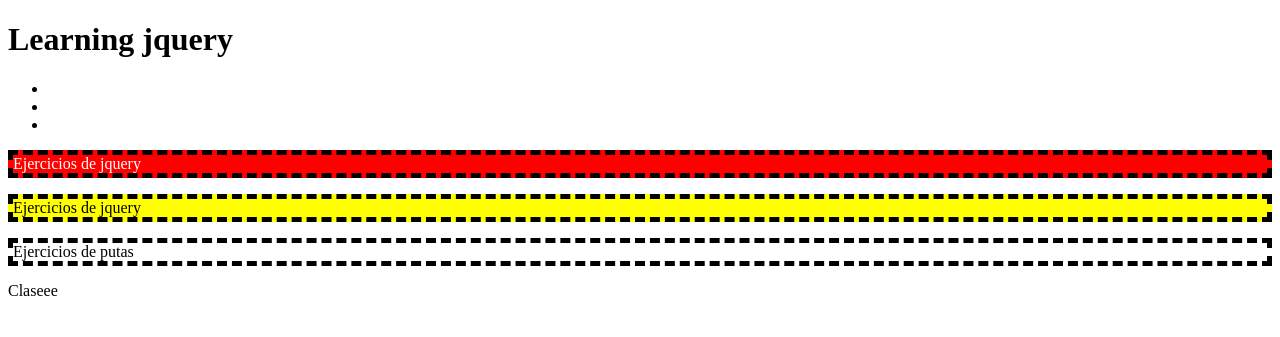
Repository: gitmadacode/practica_javascript
Page: Inicio/jquery/index.html
The author's editor kept a copy of each file at every save. The page is drawn from the files as they stood at one save, then again after the next save.
The browser window is 1280 px wide. The pictures show the whole page.

Above is the page before, as saved 2019-09-13 18:52:16.

After the next save:
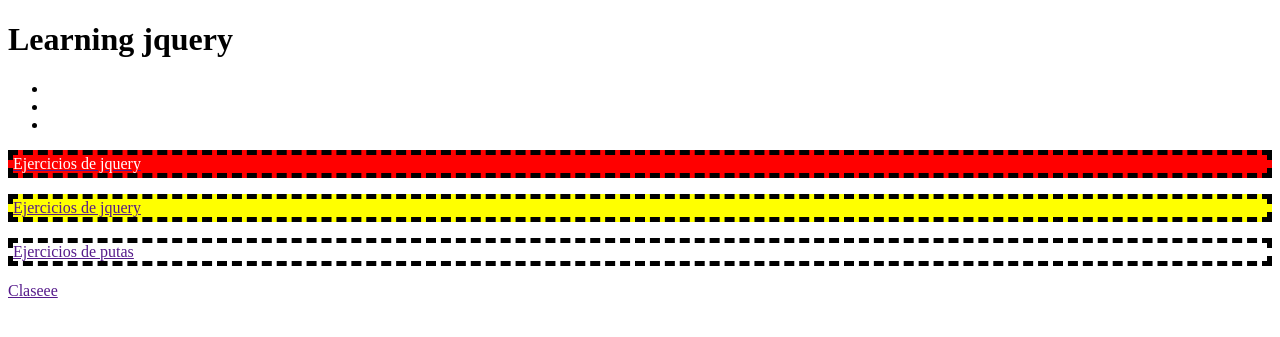
Saved 5 s later.
--- a/Inicio/jquery/index.html
+++ b/Inicio/jquery/index.html
@@ -11,7 +11,7 @@
     <h1>Learning jquery</h1>
     <ul>
         <li><a href="https://www.facebook.com/"></a></li>
-        <li></li>
+        <li><a href=""</li>
         <li></li>
     </ul>
     <p id="rojo" class="zebra">Ejercicios de jquery</p>

After the 2 saves that followed:
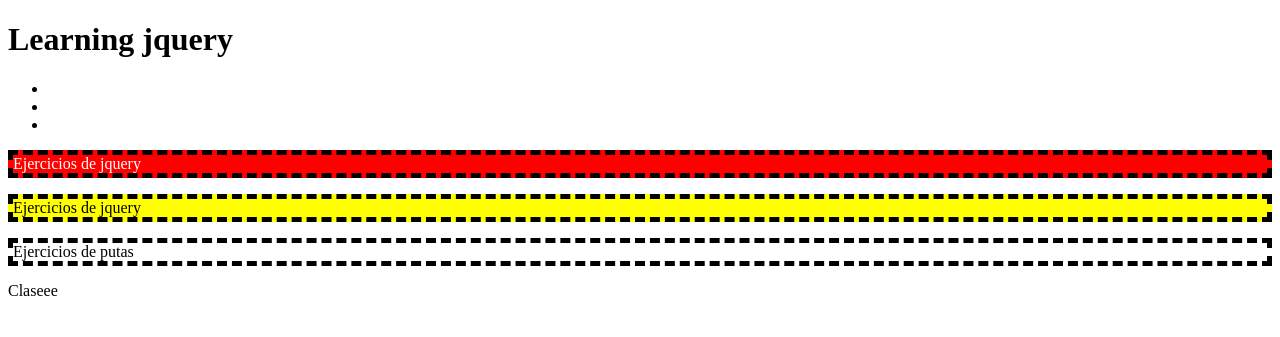
The 2 saves are shown as one change because they came seconds apart.
The last was saved 8 s later.
--- a/Inicio/jquery/index.html
+++ b/Inicio/jquery/index.html
@@ -11,7 +11,7 @@
     <h1>Learning jquery</h1>
     <ul>
         <li><a href="https://www.facebook.com/"></a></li>
-        <li><a href=""</li>
+        <li><a href="https://www.youtube.com/channel/UCrWvjjD84UOcbNMvv_22UVQ/videos"></a></li>
         <li></li>
     </ul>
     <p id="rojo" class="zebra">Ejercicios de jquery</p>
